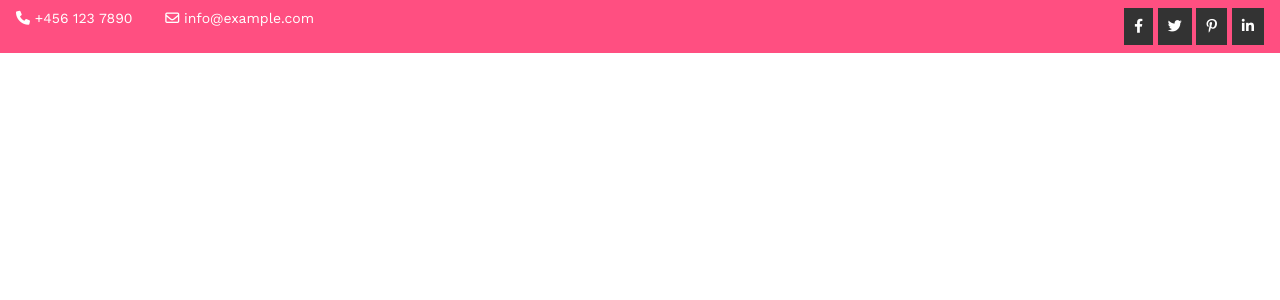
Repository: nguyenbinhminh/instruction_clone
Page: index.html
An editor plug-in stored every save of this project. The page is shown before and after the next save, followed by the edit.
The browser window is 1280 px wide. The pictures show the whole page.

Above is the page before, as saved 2021-09-29 22:18:16.

After the next save:
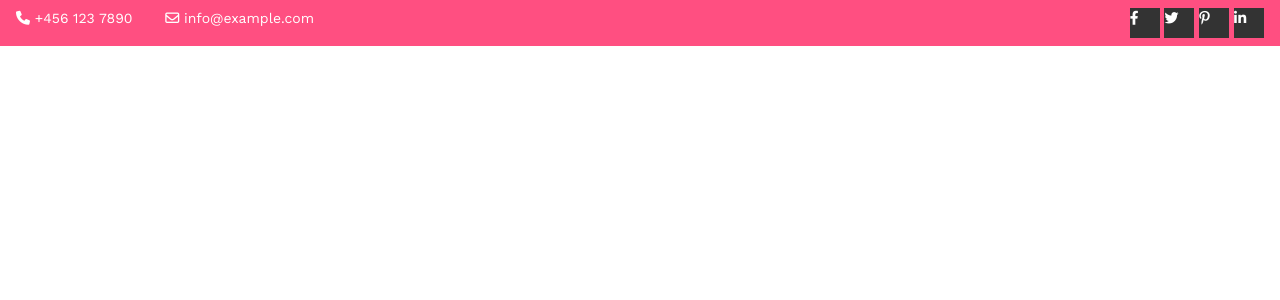
Saved 34 s later.
--- a/css/index.css
+++ b/css/index.css
@@ -20,5 +20,6 @@
 	display: inline-block;
 	color: white;
 	background-color: #333;
-	padding: 0.8rem 1rem;
+	width: 3rem;
+	height: 3rem;
 }
